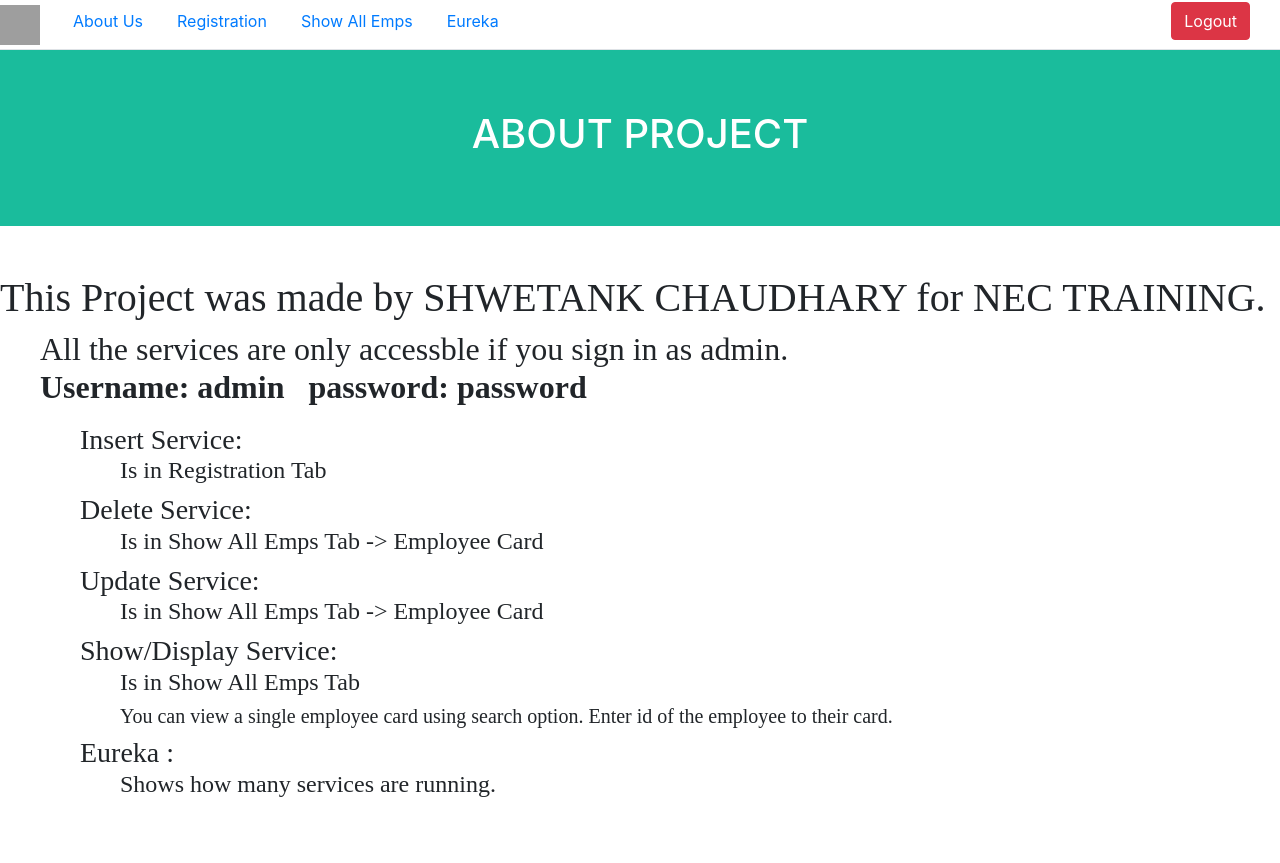
Repository: Shwetank-Chaudhary/EmployeeManagement-
Page: HomePage/src/main/webapp/AboutUs.html
An editor plug-in stored every save of this project. The page is shown before and after the next save, followed by the edit.
The browser window is 1280 px wide. The pictures show the whole page.
Pictures or frames that could not be fetched are drawn as grey boxes.

Above is the page before, as saved 2024-01-01 19:20:26.

After the next save:
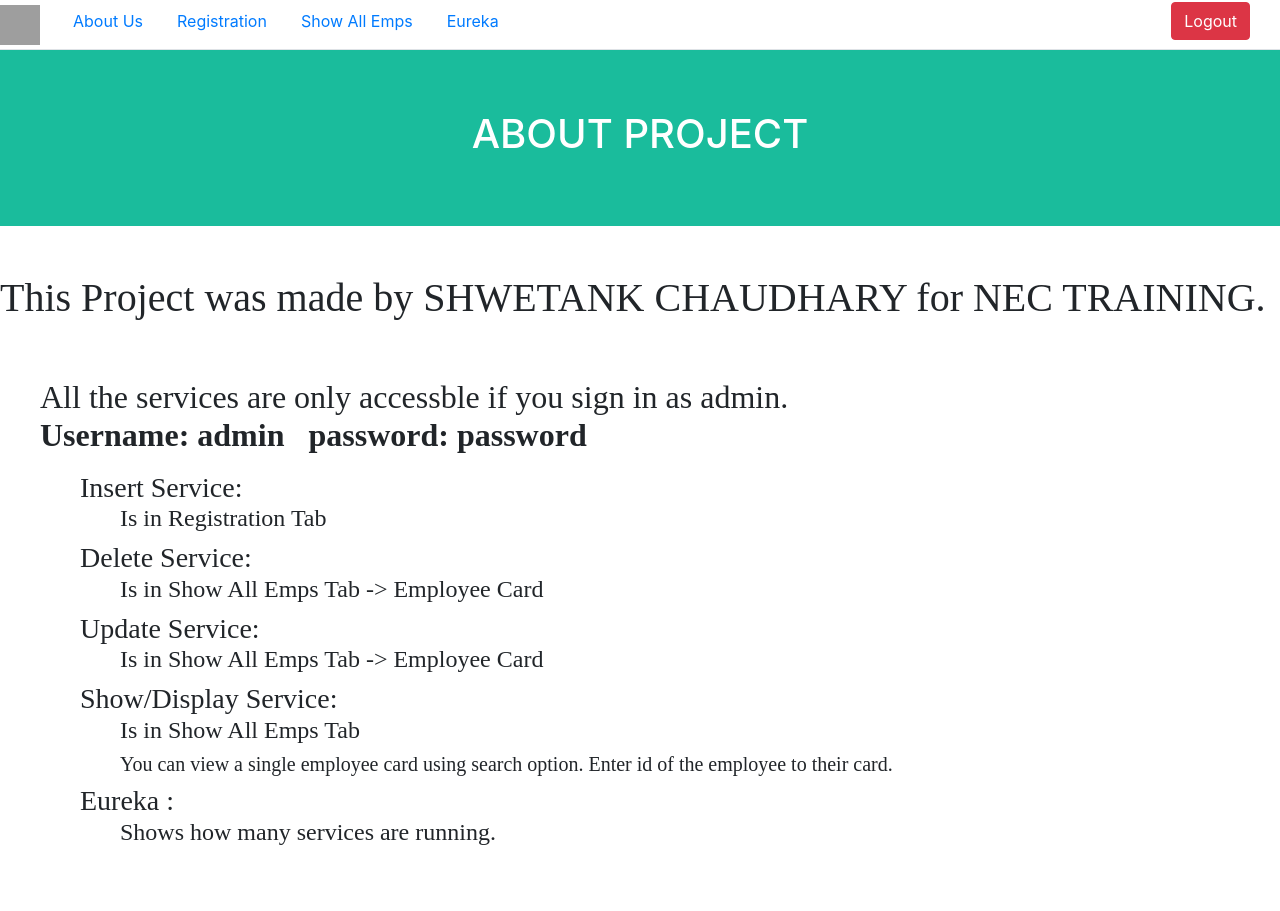
Saved 30 s later.
--- a/HomePage/src/main/webapp/AboutUs.html
+++ b/HomePage/src/main/webapp/AboutUs.html
@@ -59,7 +59,7 @@
 		<h1>ABOUT PROJECT</h1>
 	</div>
 	<div class="content"><br><br>
-	<h1> This Project was made by SHWETANK CHAUDHARY for NEC TRAINING.</h1>
+	<h1> This Project was made by SHWETANK CHAUDHARY for NEC TRAINING.</h1><br><br>
 		<ul>
 			<h2>All the services are only accessble if you sign in as admin.<br>
 				<b>Username: admin &nbsp; password: password</b>
